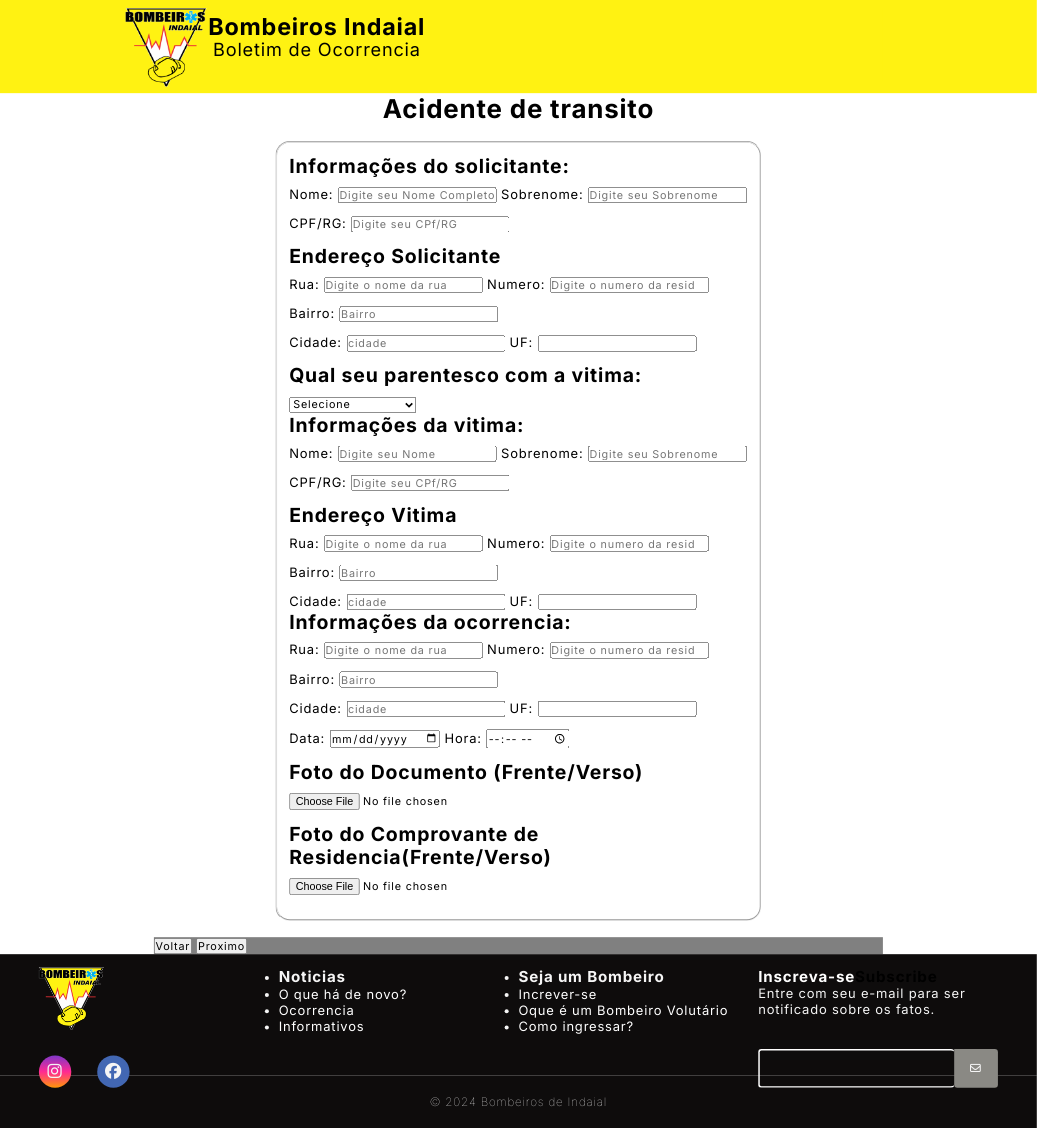
Repository: ThaylonKnopf/ProjetoBV
Page: AcidenteTransito/transitoparente/Form.html
An editor plug-in stored every save of this project. The page is shown before and after a run of saves, followed by the edit.
The browser window is 1280 px wide. The pictures show the whole page, at 81% of full size.

Above is the page before, as saved 2024-04-08 13:19:08.

### AcidenteTransito/transitoparente/Form.html
<!DOCTYPE html>
<html lang="pt-BR">

    <head>
        <meta charset="UTF-8">
        <meta name="viewport" content="width=device-width, initial-scale=1.0">
        <title>Requisição de B.O.</title>
        <link rel="stylesheet" href="estilo-fato.css">
        <link rel="shortcut icon"
            href="https://storage.googleapis.com/production-hostgator-brasil-v1-0-9/629/1202629/afAiZAhX/4db7fe933b1247ebbdbe06664fbece59">
        <link rel="stylesheet" href="https://cdnjs.cloudflare.com/ajax/libs/font-awesome/6.5.2/css/all.min.css"
            integrity="sha512-SnH5WK+bZxgPHs44uWIX+LLJAJ9/2PkPKZ5QiAj6Ta86w+fsb2TkcmfRyVX3pBnMFcV7oQPJkl9QevSCWr3W6A=="
            crossorigin="anonymous" referrerpolicy="no-referrer" />

    </head>

    <body>
        <header>
            <link rel="stylesheet" href="/header/footer/header.css">
            <main>
                <source media="(min-width:320px)" srcset="" sizes="300px">
                <div class="titulo">
                    <h1>Bombeiros&nbsp;Indaial</h1>
                </div>
                <div class="img">
                    <a href="https://bombeirosindaial.com.br/" target="_blank"><img src="../img/m.png"
                            alt="logo-bombeiro"></a>
                </div>
                <div class="p">
                    <p>Boletim&nbsp;de&nbsp;Ocorrencia</p>
                </div>
                </nav>
            </main>
        </header>
        <main class="menuh1">
            <h1>Acidente de transito</h1>
        </main>
        <form>
            <fieldset>
                <h2>Informações do solicitante:</h2>
                <div class="campo" required>
                    <label for="nome">Nome:</label>
                    <input type="text" name="nome" id="nome" placeholder="Digite seu Nome Completo" required>
                    <label for="sobrenome">Sobrenome:</label>
                    <input type="text" name="sobrenome" id="sobrenome" placeholder="Digite seu Sobrenome" required>
                </div>
                <div id="cpf">
                    <label for="cfp">CPF/RG:</label>
                    <input type="text" name="cfp" id="cpf" placeholder="Digite seu CPf/RG" required>
                </div>
                <h2>Endereço Solicitante</h2>
                <div id="rua">
                    <label for="rua">Rua:</label>
                    <input type="text" name="rua" id="rua" placeholder="Digite o nome da rua" required>
                    <label for="rua">Numero:</label>
                    <input type="number" name="numero" id="numero" placeholder="Digite o numero da residencia."
                        required>
                </div>
                <div id="bairro">
                    <label for="bairro">Bairro:</label>
                    <input type="text" name="bairro" id="bairro" placeholder="Bairro" required>
                </div>
                <div>
                    <label for="cidade">Cidade:</label>
                    <input type="text" name="cidade" id="cidade" placeholder="cidade" required>
                    <label for="estado">UF:</label>
                    <input type="text" name="estado" id="estado" required>
                </div>
                <h2>Qual seu parentesco com a vitima:</h2>
                <select name="parentesco" id="parente">
                    <option selected disabled value="">Selecione</option>
                    <option>Pai/Mae</option>
                    <option>Irmão/Irmã</option>
                    <option>Conjuge</option>
                    <option>Filho/Filha</option>
                    <option>Avô/Avó</option>
                    <option>Responsável Legal</option>
                </select>
                <h2>Informações da vitima:</h2>
                <div class="campov">
                    <label for="nomev">Nome:</label>
                    <input type="text" name="nome" id="nomev" placeholder="Digite seu Nome" required>
                    <label for="sobrenome">Sobrenome:</label>
                    <input type="text" name="sobrenome" id="sobrenomev" placeholder="Digite seu Sobrenome" required>
                </div>
                <div id="cpfv">
                    <label for="cfp">CPF/RG:</label>
                    <input type="text" name="cfp" id="cpfv" placeholder="Digite seu CPf/RG" required>
                </div>
                <h2>Endereço Vitima</h2>
                <div id="ruav">
                    <label for="rua">Rua:</label>
                    <input type="text" name="rua" id="ruavi" placeholder="Digite o nome da rua" required>
                    <label for="numero">Numero:</label>
                    <input type="number" name="numero" id="numerov" placeholder="Digite o numero da residencia."
                        required>
                </div>
                <div id="bairrov">
                    <label for="bairro">Bairro:</label>
                    <input type="text" name="bairro" id="bairrov" placeholder="Bairro" required>
                </div>
                <div>
                    <label for="cidade">Cidade:</label>
                    <input type="text" name="cidade" id="cidadev" placeholder="cidade" required>
                    <label for="estado">UF:</label>
                    <input type="text" name="estado" id="estadov" required>
                <h2>Informações da ocorrencia:</h2>
                <div id="ruao">
                    <label for="rua">Rua:</label>
                    <input type="text" name="rua" id="ruaoc" placeholder="Digite o nome da rua" required>
                    <label for="numero">Numero:</label>
                    <input type="number" name="numero" id="numeroc" placeholder="Digite o numero da residencia."
                        required>
                </div>
                <div id="bairroc">
                    <label for="bairro">Bairro:</label>
                    <input type="text" name="bairro" id="bairroc" placeholder="Bairro" required>
                </div>
                <div>
                    <label for="cidade">Cidade:</label>
                    <input type="text" name="cidade" id="cidadec" placeholder="cidade" required>
                    <label for="estado">UF:</label>
                    <input type="text" name="estado" id="estadoc" required>
                </div>
                <div id="data">
                    <label for="data">Data:</label>
                    <input type="date" name="dataoc" id="dataoc">
                    <label for="hora">Hora:</label>
                    <input type="time" name="horaoc" id="horaoc">
                </div>
                <div class="doc">
                    <h2>Foto do Documento (Frente/Verso)</h2>
                    <input type="file" name="doc" id="doc">
                </div>
                <div class="res">
                    <h2>Foto do Comprovante de Residencia(Frente/Verso)</h2>
                    <input type="file" name="doc">
                </div>
            </fieldset>
    </form>
        <main class="main-botao">
            <div class="continuar" required>
                <a href="../transitoselecionar/transito1.html"><button class="voltar">Voltar</button></a>
                <a href="/AcidenteTransito/transitoparente/Concluido.html"><button class="prox" required>Proximo</button></a>
            </div>
        </main>
        <footer id="footer">
            <link rel="stylesheet" href="/header/footer/footer.css">
            <div id="footer_content">
                <div id="footer_contacts">
                    <a href="https://bombeirosindaial.com.br/" target="_blank">
                        <h1>
                            <img src="../img/m.png" width="80px" alt="">
                        </h1>
                    </a>
                    <div id="footer_social_media">
                        <a href="#" class="footer-link" id="instagram">
                            <i class="fa-brands fa-instagram"></i>
                        </a>
                        <a href="#" class="footer-link" id="facebook">
                            <i class="fa-brands fa-facebook"></i>
                        </a>
                    </div>
                </div>
                <ul class="footer-list">
                    <li>
                        <h3>Noticias</h3>
                    </li>
                    <li>
                        <a href="#" class="footer-link">O que há de novo?</a>
                    </li>
                    <li>
                        <a href="#" class="footer-link">Ocorrencia</a>
                    </li>
                    <li>
                        <a href="#" class="footer-link">Informativos</a>
                    </li>
                </ul>
                <ul class="footer-lists">
                    <li>
                        <h3 id="pro">Seja um Bombeiro</h3>
                    </li>
                    <li>
                        <a href="#" class="footer-links">Increver-se</a>
                    </li>
                    <li>
                        <a href="#" class="footer-links">Oque é um Bombeiro Volutário</a>
                    </li>
                    <li>
                        <a href="#" class="footer-links">Como ingressar?</a>
                    </li>
                </ul>
                <div id="footer_subscribe">
                    <h3>Subscribe</h3>
                    <p>
                        Entre com seu e-mail para ser notificado sobre os fatos.
                    </p>
                    <div id="input_group">
                        <input type="email" id="email">
                        <button>
                            <i class="fa-regular fa-envelope"></i>
                        </button>
                    </div>
                </div>
            </div>
            <div id="footer_copyright">
                &#169
                2024 Bombeiros de Indaial
            </div>
        </footer>
        <script src="script.js"></script>
    </body>

</html>

### AcidenteTransito/transitoparente/estilo-fato.css
@charset "UTF-8";

@import url('https://fonts.googleapis.com/css2?family=Bebas+Neue&family=Inter:wght@100..900&display=swap');

:root {
    --color-neutral-0: #0e0c0c;
    --color-neutral-10: #171717;
    --color-neutral-30: #a8a29e;
    --color-neutral-40: #f5f5f5;

}

* {
    margin: 0PX;
    padding: 0PX;
    font-family: 'Inter', sans-serif;
    box-sizing: border-box;
    letter-spacing: 1px;
}

P {
    margin: 15px 0px 15px 0px;
}
.menuh1{
    margin: 0px auto 20px auto;
    max-width: 470px;
    text-align: center;
}

form{
    max-width: 600px;
    margin: 0px auto 20px auto;
}
fieldset{
    border-radius: 18px;
    padding: 15px;
}
fieldset div{
    margin-bottom: 15px;
}
h2{
    margin-bottom: 10px;
}

#footer_content{
    height:150px;
}
#footer{
    position: relative;
}

.main-botao{
    max-width: 900px;
    margin: 0px auto 0px auto;
    background-color: gray;
}

.continuar{
    margin: auto;
}

@media (max-width: 970px) {
    .menu section {
        width: 80%;
    }
    .menuh1{
        width: 80%;
    }
    form fieldset{
        width: 470px;
        margin: 10px;
    }
    fieldset div{
        display: grid;
    }
    fieldset div input{
        margin-left: 25px;
        margin-right: 20px;
    }

    .res{
        margin-right: 20px;
        margin-bottom: 20px;
    }
    .menuh1 form h2{
        margin-left: 10px;
    }
}

### header/footer/header.css
@charset "UTF-8";

@import url('https://fonts.googleapis.com/css2?family=Bebas+Neue&family=Inter:wght@100..900&display=swap');

:root {
    --color-neutral-0: #0e0c0c;
    --color-neutral-10: #171717;
    --color-neutral-30: #a8a29e;
    --color-neutral-40: #f5f5f5;

}

* {
    margin: 0PX;
    padding: 0PX;
    font-family: 'Inter', sans-serif;
    box-sizing: border-box;
    letter-spacing: 1px;
}

main {
    height: auto;
}
main .titu{
    text-align: center;
}

P {
    margin: 15px 0px 15px 0px;
}

header {
    background-color: #FFF212;
    height: 115px;
    padding-top: 10px;
    padding-bottom: 0px;
}

header main {
    background-color: #FFF212;
    width: 900px;
    margin: auto;
    padding-top: 0px;
    padding-bottom: 0px;
    height: 90px;

}

header main h1 {
    margin-left: 67px;
    font-size: 1.8em;
    padding-top: 5px;
    margin-top: 0px;
}

header main img {
    width: 100px;
    margin-top: -40px;
    margin-left: -35px;
}

header main p {
    margin-left: 73px;
    margin-top: -64px;
    font-size: 1.4em;
}
@media screen and (max-width: 976px) {
    header main{
        margin: auto;
        width: 80%;
    }
}

@media screen and (max-width: 499px) {
    header{
        height: 110px;
    }
    header main{
        margin: auto;
        font-size: 12px;
        align-items: center;
    }
    header main img{
        width: 80px;
        margin-top: -25px;
        margin-left: -15px;
    }
    header main h1{
        margin-bottom: 5px;
        margin-left: 70px;
    }
    header main p {
        margin-top: -55px;
    }
}

### header/footer/footer.css
@charset "UTF-8";

@import url('https://fonts.googleapis.com/css2?family=Bebas+Neue&family=Inter:wght@100..900&display=swap');

:root {
    --color-neutral-0: #0e0c0c;
    --color-neutral-10: #171717;
    --color-neutral-30: #a8a29e;
    --color-neutral-40: #f5f5f5;

}

* {
    margin: 0PX;
    padding: 0PX;
    font-family: 'Inter', sans-serif;
    box-sizing: border-box;
    letter-spacing: 1px;
}

footer {
    position: fixed;
    bottom: 0;
    left: 0%;
    color: var(--color-neutral-40);
}

.footer-link {
    text-decoration: none;
    color: white;
}

.footer-links {
    text-decoration: none;
    color: white;
}

#footer_content {
    background-color: var(--color-neutral-0);
    display: grid;
    grid-template-columns: repeat(4, 1fr);
    padding: 1rem 3rem;
    max-height: 205px;

}

#footer_contacts {
    margin-bottom: 0.75rem;
}

#footer_social_media {
    display: flex;
    gap: 2rem;
    margin-top: 1.5rem;
}

#footer_social_media .footer-link {
    display: flex;
    align-items: center;
    justify-content: center;
    height: 2.5rem;
    width: 2.5rem;
    color: var(--color-neutral-40);
    border-radius: 50%;
    transition: 0.4s;
}

#footer_social_media .footer-link i {
    font-size: 1.25rem;
}

#footer_social_media .footer-link:hover {
    opacity: 0.8;
}

#instagram {
    background: linear-gradient(#7f37c9, #ff2992, #ff9807);
    text-decoration: none;
}

#facebook {
    background-color: #4267b3;
    text-decoration: none;
}

.footer_list {
    display: flex;
    flex-direction: column;
    gap: 0.75rem;
    list-style: none;

}

.footer-link:hover{
    text-decoration: underline;
}
.footer-links:hover{
    text-decoration: underline;
}

#footer_subscribe {
    display: flex;
    flex-direction: column;
    gap: 1.5rem;
}

#footer_subscribe h3::before{
    content: "Inscreva-se";
    color:white;
}
#footer_subscribe h3{
    color:black;
    margin-bottom: -40px;
}
#footer_subscribe p {
    color: var(--color-neutral-40);
}

#input_group {
    display: flex;
    align-items: center;
    background-color: 4px;
    border-radius: 4px;
}

#input_group input {
    all: unset;
    padding: 0.75rem;
    width: 100%;
    border-top: 2px solid white;
    border-bottom: 2px solid white;
    border-left: 2px solid white;
    border-radius: 4px;
}

#input_group button {
    background-color: #8a8984;
    border: none;
    color: var(--color-neutral-40);
    padding: 0px 1.25rem;
    height: 100%;
    border-radius: 0px 4px 4px 4px;
    cursor: pointer;
    transition: all 0.4s;
}

#input_group button:hover {
    opacity: 0.8;
}

#footer_copyright {
    display: flex;
    justify-content: center;
    background-color: var(--color-neutral-0);
    font-size: 0.9rem;
    padding: 1.5rem;
    font-weight: 100;
}

@media screen and (max-width:768px) {
    #footer_content {
        grid-template-columns: repeat(2, 1fr);
        gap: 2rem;
    }

    #input_group input {
        border-top: 2px solid rgb(0, 0, 0);
        border-bottom: 2px solid rgb(0, 0, 0);
        border-left: 2px solid rgb(0, 0, 0);
        border-radius: 4px;

    }

    #footer {
        position: relative;
    }

    #footer_subscribe{
        margin-top: 65px;
    }

    #footer_subscribe h3::before {
        color: rgb(0, 0, 0);
        content: "Inscreva-se";
    }
    #footer_subscribe h3{
        color:white;

    }

    #footer_subscribe p {
        color: rgb(0, 0, 0);
        margin-top: 15px;
    }

    .footer-lists{
        margin-top: 65px;
    }

    .footer-links {
        color: black;
        text-decoration: none;
    }

    #pro {
        color: black;
    }
    .footer-links:hover {
        color: black;
        text-decoration: underline;
    }
    .footer-link:hover {
        text-decoration: underline;
    }


}

@media screen and (max-width:426px) {
    #footer_content {
        grid-template-columns: repeat(1, 1fr);
        padding: 3rem 2;
    }

    #input_group input {
        border-top: 2px solid rgb(0, 0, 0);
        border-bottom: 2px solid rgb(0, 0, 0);
        border-left: 2px solid rgb(0, 0, 0);
        border-radius: 4px;
    }

    #footer {
        position: relative;
    }

    #footer_subscribe .p {
        color: black;
    }
    #footer_copyright {
        position: absolute;
        height: 100px;
        bottom:0;
        left: 0;
        width: 100%;
    }

    .footer-list {
        color:black;
        margin-top: 20px;
    }
    .footer-link {
        color: black;
    }
    .footer-lists {
        color:black;
        margin-top: 2px;
    }

    .footer-links {
        color: black;
    }

    #pro {
        color: black;
    }
    .footer-links:hover {
        color: black;
        text-decoration: underline;
    }
    #input_group button {
        background-color: #8a8984;
        border: none;
        color: var(--color-neutral-40);
        padding: 0px 1.25rem;
        height: 80%;
        border-radius: 4px 4px 4px 4px;
        cursor: pointer;
        transition: all 0.4s;
        margin-bottom: 10px;
        margin-left: 1px;
    }
    #input_group input {
        border-top: 2px solid rgb(0, 0, 0);
        border-bottom: 1px solid rgb(0, 0, 0);
        border-left: 2px solid rgb(0, 0, 0);
        border-radius: 4px;
        margin-bottom: 15px;
    }
    #footer_contacts{
        margin: 0px auto;
    }
    #footer_contacts h1{
        margin-left: 13px;
    }
}

@media screen and (max-width: 413px) {
    #footer_content{
        margin-bottom: 140px;
    }
}

Loaded but not shown: AcidenteTransito/transitoparente/script.js (no copy from this time; the picture is the same without it)

After the next 3 saves:
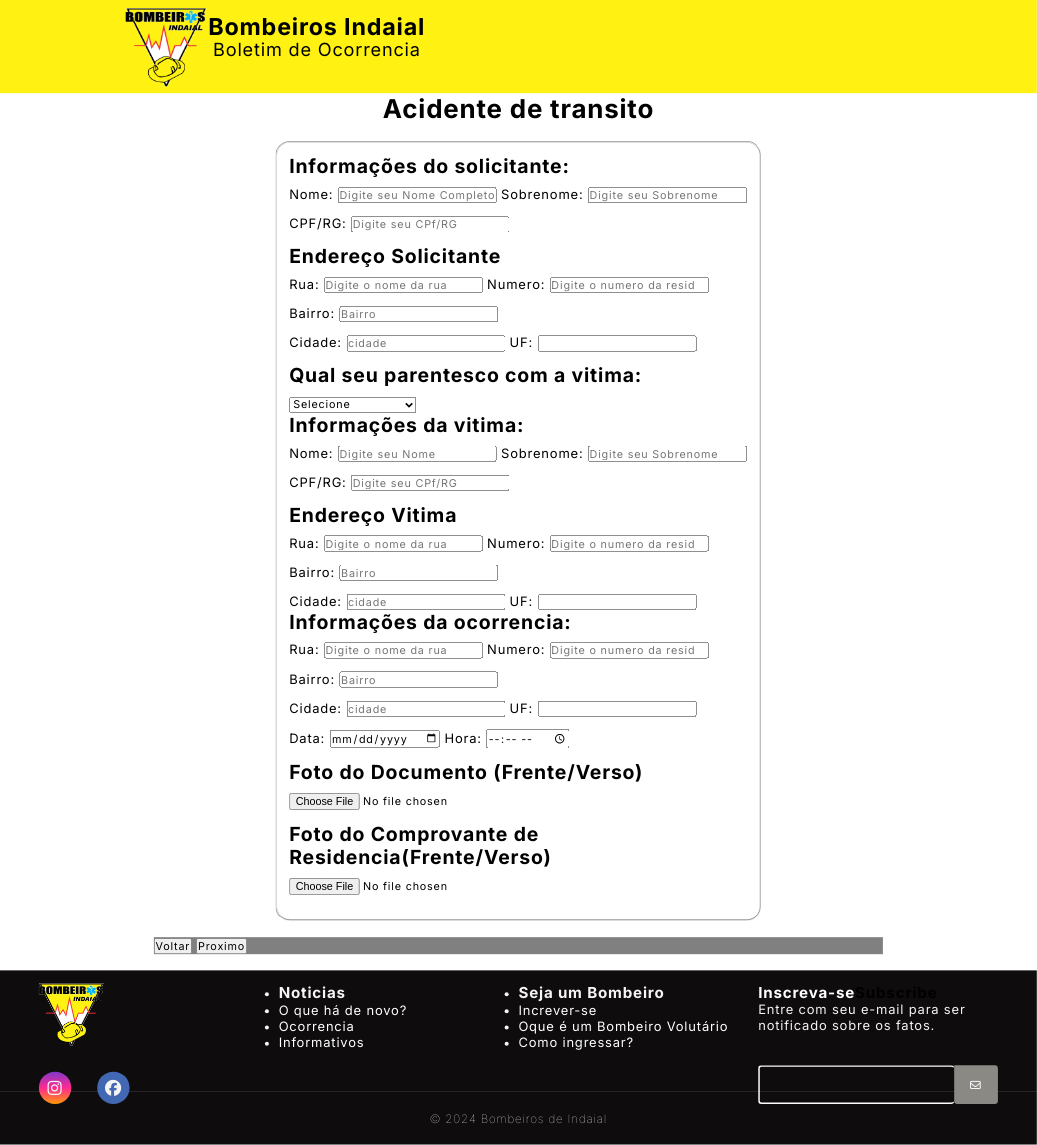
The 3 saves are shown as one change because they came seconds apart.
The last was saved 8 s later.
--- a/AcidenteTransito/transitoparente/estilo-fato.css
+++ b/AcidenteTransito/transitoparente/estilo-fato.css
@@ -51,7 +51,7 @@
 
 .main-botao{
     max-width: 900px;
-    margin: 0px auto 0px auto;
+    margin: 0px auto 20px auto;
     background-color: gray;
 }
 
